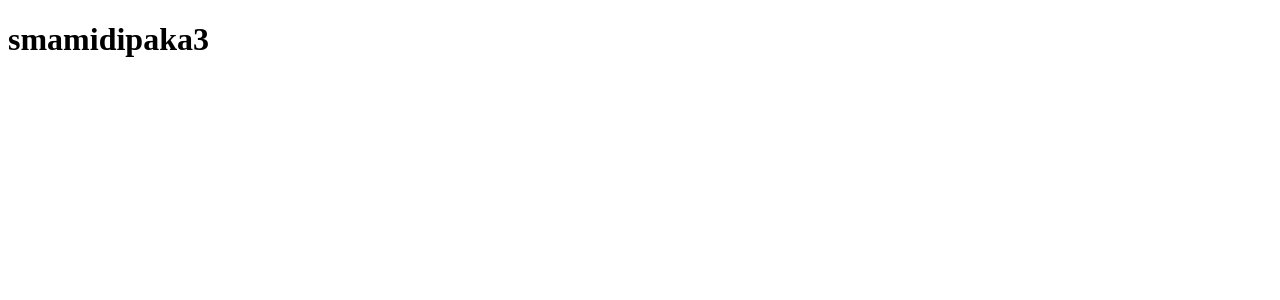
Repository: sanjayMamidipaka/cs1301
Page: lab01/index.html
An editor plug-in stored every save of this project. The page is shown before and after the next save, followed by the edit.
The browser window is 1280 px wide. The pictures show the whole page.

Above is the page before, as saved 2021-07-22 15:47:14.

After the next save:
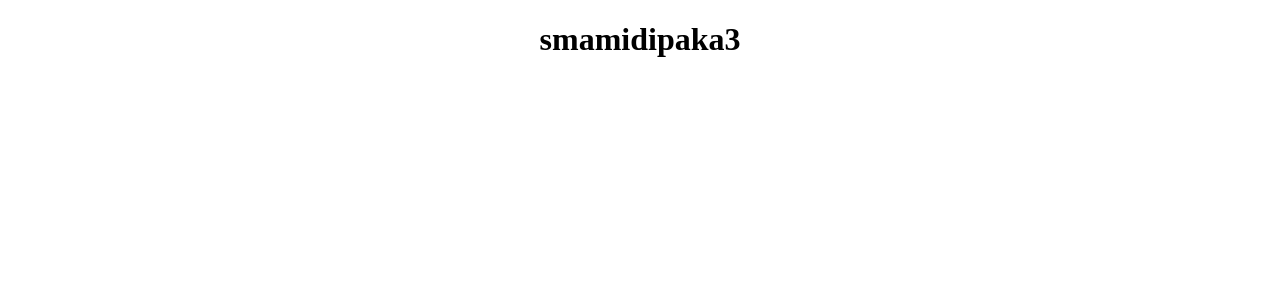
Saved 4 s later.
--- a/lab01/index.html
+++ b/lab01/index.html
@@ -4,6 +4,6 @@
     <link rel="stylesheet" href="style.css">
   </head>
 
-  <div class = "center">
+  <div class = "h1">
     <h1>smamidipaka3</h1>
   </div>
